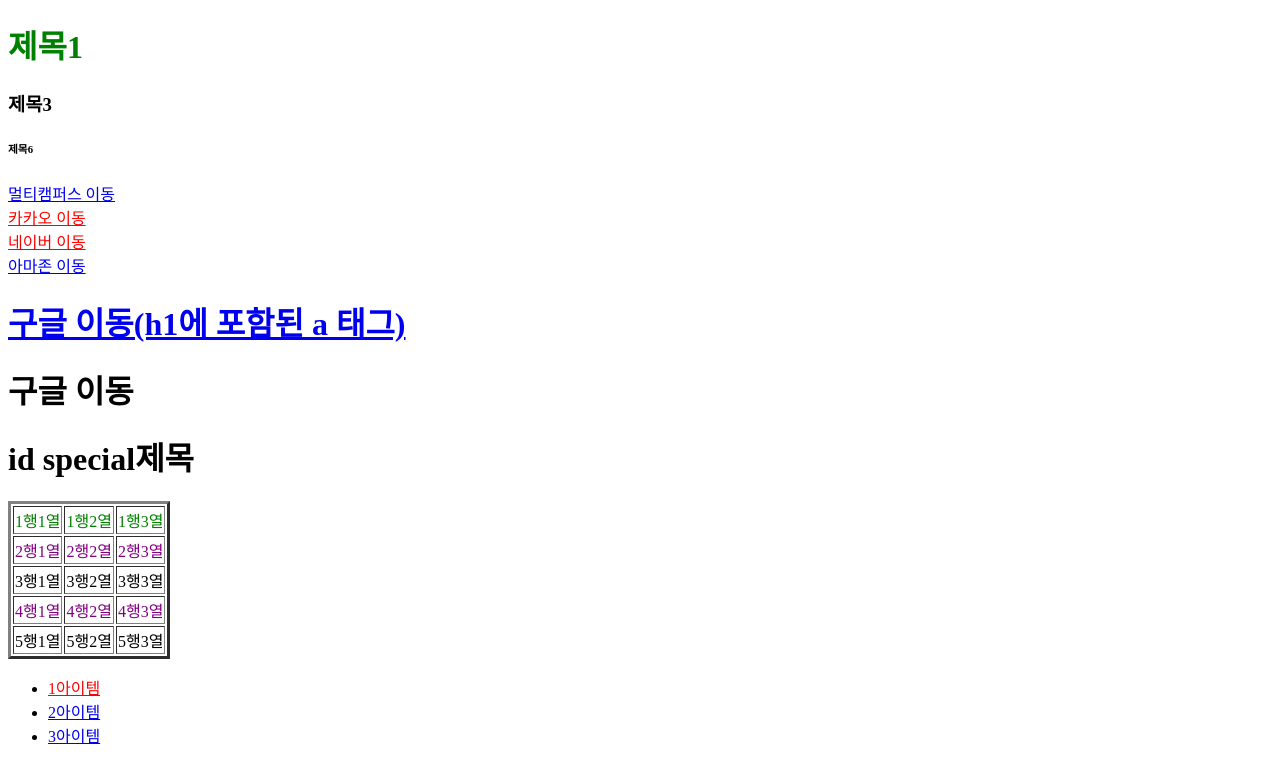
Repository: younseochoi/AI_PLATFORM
Page: my_code/03_web/html/src/main/webapp/css/selector.html
The author's editor kept a copy of each file at every save. The page is drawn from the files as they stood at one save, then again after the next save.
The browser window is 1280 px wide. The pictures show the whole page.

Above is the page before, as saved 2022-07-25 02:26:57.

After the next save:
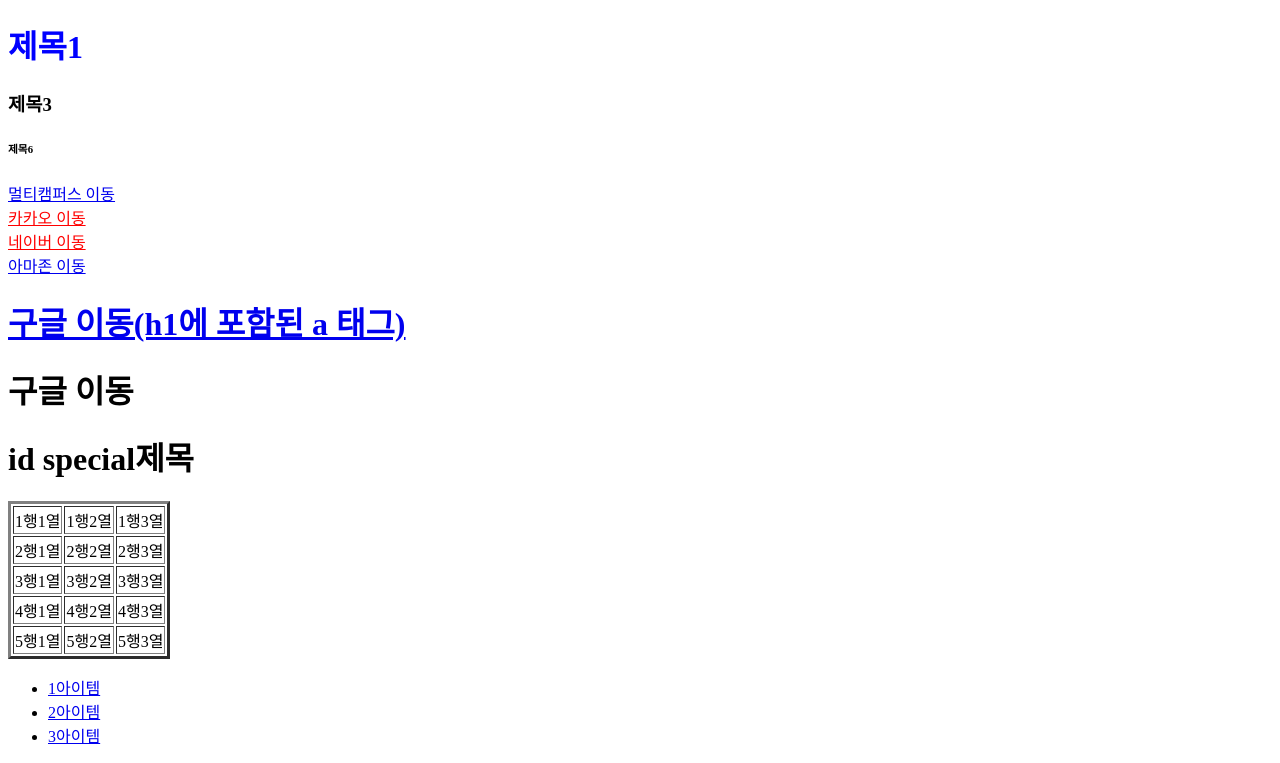
Saved 10 s later.
--- a/my_code/03_web/html/src/main/webapp/css/selector.html
+++ b/my_code/03_web/html/src/main/webapp/css/selector.html
@@ -20,10 +20,10 @@
 	/* h1중에서 class 속성이 target인 태그 -  파랑*/
 	h1.target {color:blue;}
 	/* h1중에서 속성에 제목포함 태그 - 초록  */
- 	h1[title*=제목]{color : green;}
+ /* 	h1[title*=제목]{color : green;}
  	tr:first-child {color:green;}
 	tr:nth-child(2n) {color:purple;}
-	li:nth-child(1)>a {color:red; }
+	li:nth-child(1)>a {color:red; } */
 	/* li>a:nth-child(1){color:red;} */
 </style>
 </head>
